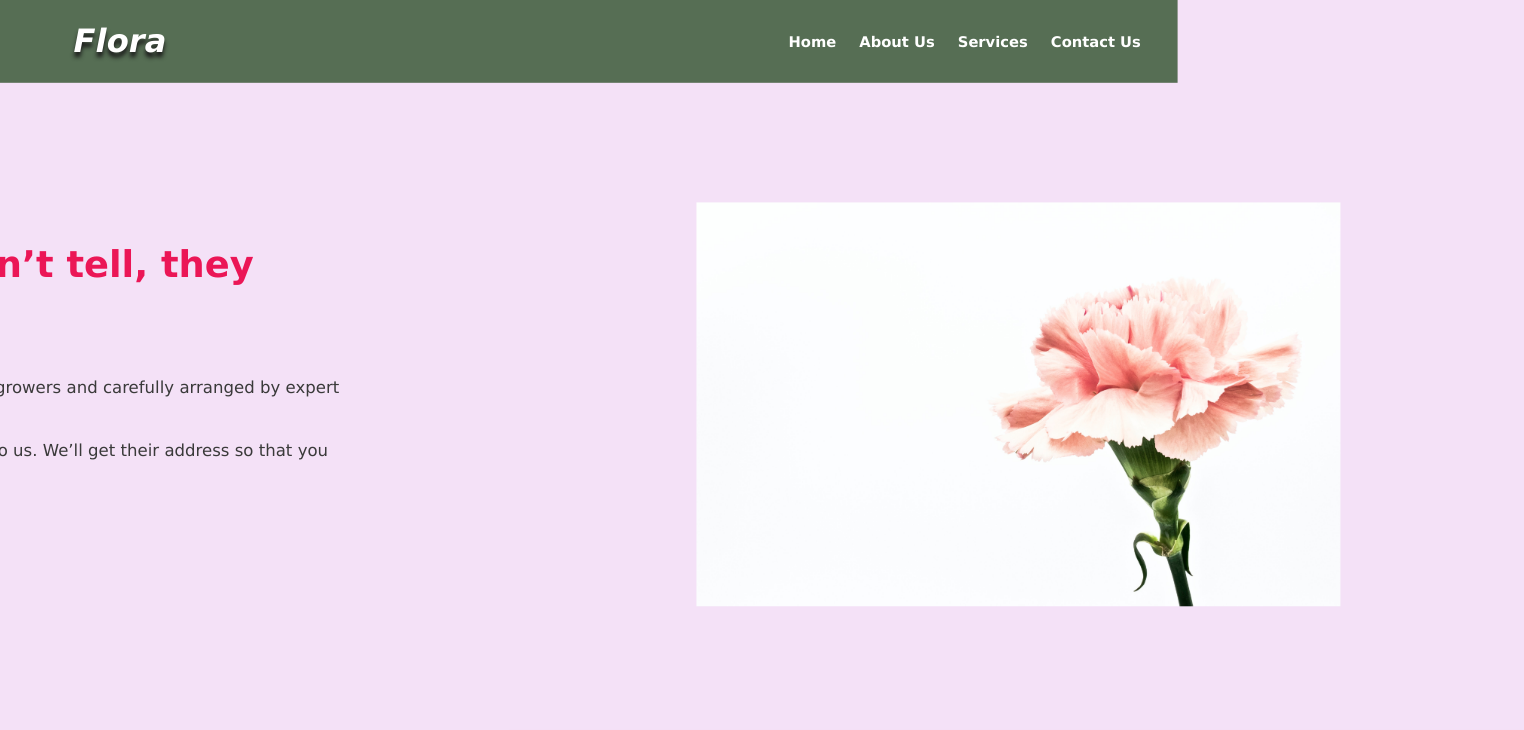
Repository: SaadYasin/test003-flex-box
Page: index.html
These files come from the project's save history. The page is drawn as it stood at one moment and after the next save; the edit follows.
The browser window is 1280 px wide. The page is 1657 px wide, then 1431 px, so the pictures cover 1657 px, including what lies to the right of the window. The pictures show the whole page, at 92% of full size.

Above is the page before, as saved 2022-10-27 21:25:20.

After the next save:
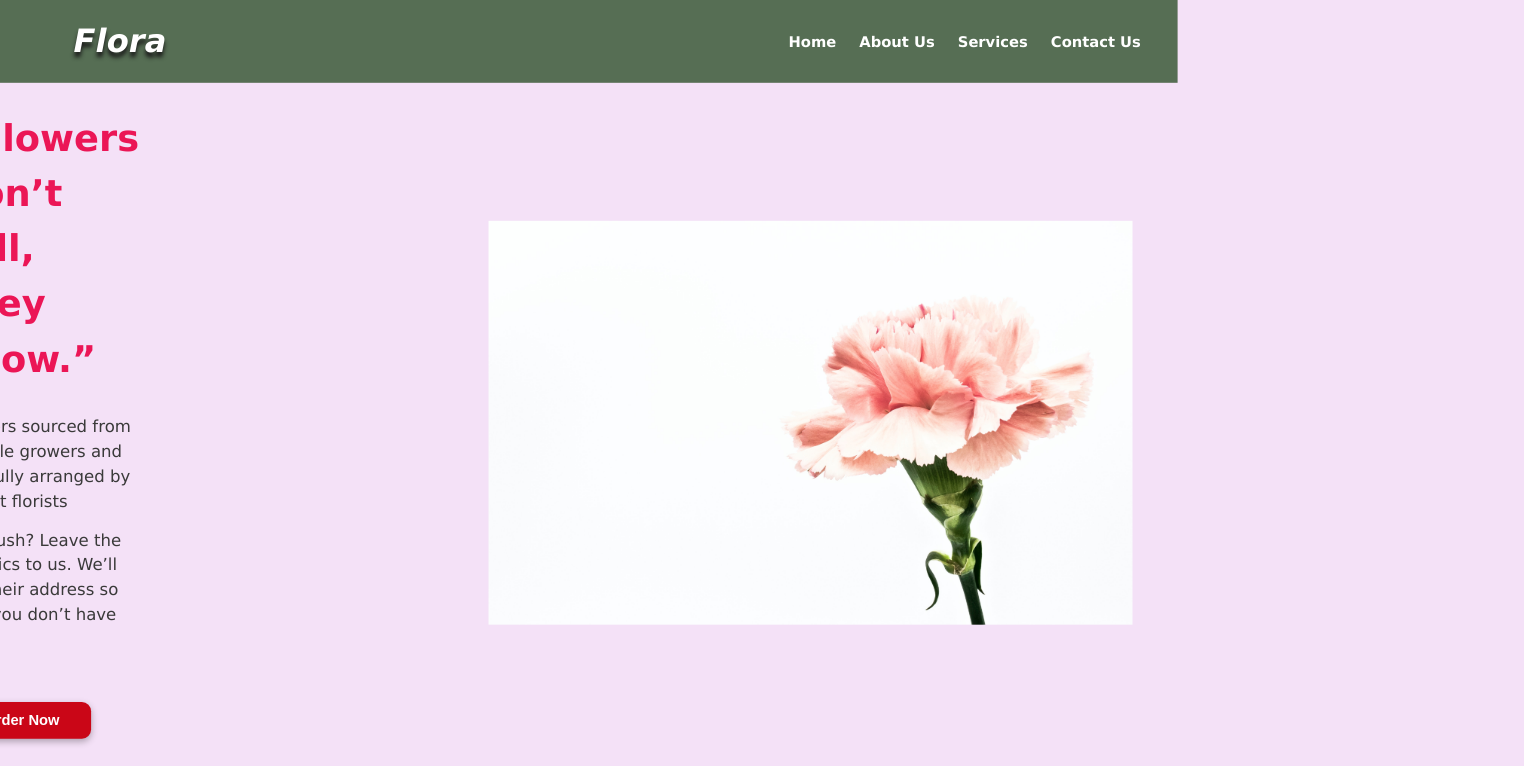
Saved 30 s later.
--- a/styles.css
+++ b/styles.css
@@ -61,7 +61,7 @@ nav ul li a:hover {
   display: flex;
   flex-direction: column;
   flex-grow: 0;
-  flex-shrink: 0;
+  flex-shrink: 1;
   flex-basis: auto;
   max-width: 70%;
   padding: 0 100px;
